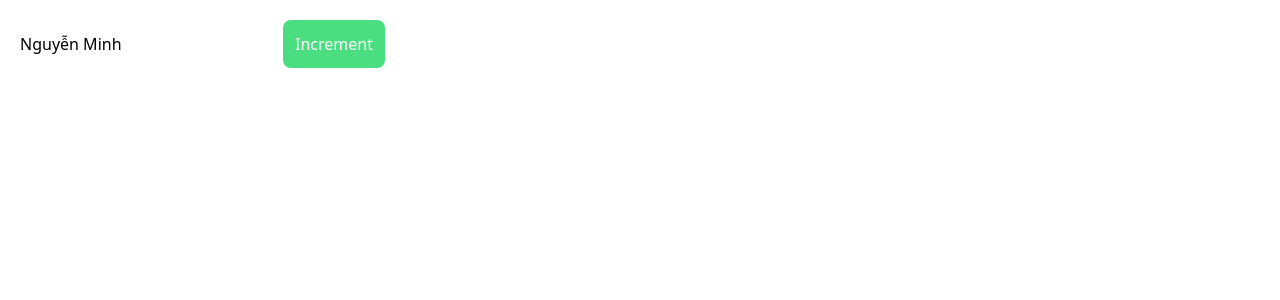
Repository: NguyenMinhThien-sudo/DemoFormPractice
Page: /
These files come from the project's save history. The page is drawn as it stood at one moment and after the next save; the edit follows.
The browser window is 1280 px wide. The pictures show the whole page.
The project was rebuilt for these pictures with package versions that can differ from the ones it lists, and the page was loaded fresh each time. Also part of the build but not shown: vite.config.js.

Above is the page before, as saved 2023-05-11 15:04:56.

After the next save:
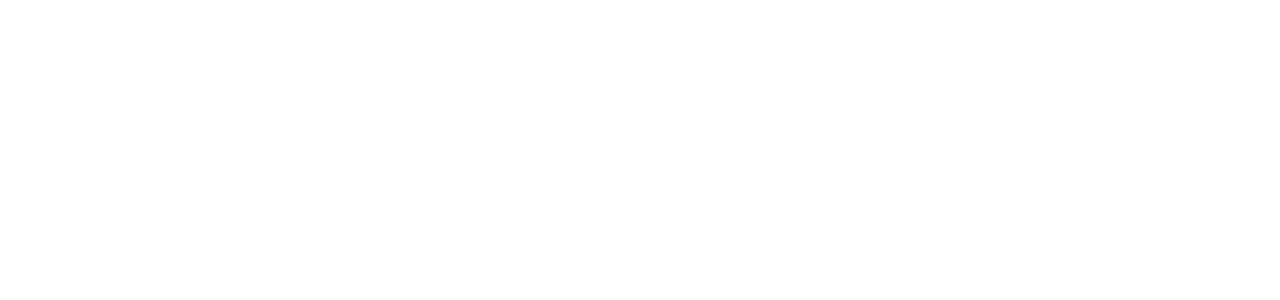
Console error: ReferenceError: count is not defined
Saved 19 s later.
--- a/src/components/counter/Counter.jsx
+++ b/src/components/counter/Counter.jsx
@@ -27,7 +27,7 @@
           })
         }
       />
-      <span className="text-2xl font-bold"></span>
+      <span className="text-2xl font-bold">{count}</span>
       <button className="inline-block p-3 bg-green-400 text-white rounded-lg">
         Increment
       </button>

After the save that followed:
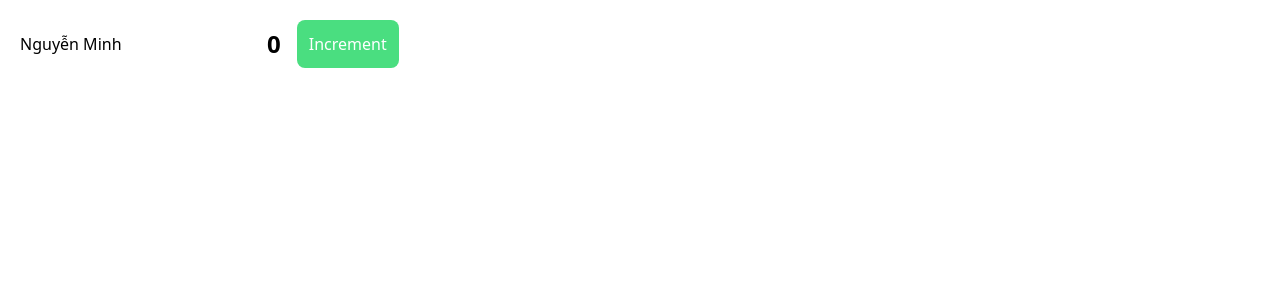
The error is gone.
Saved 12 s later.
--- a/src/components/counter/Counter.jsx
+++ b/src/components/counter/Counter.jsx
@@ -1,7 +1,7 @@
 import React, { useEffect, useState } from "react";
 
 const Counter = () => {
-  // const [count, setCount] = useState(0);
+  const [count, setCount] = useState(0);
   const [info, setInfo] = useState({
     firstname: "Nguyễn Minh",
     lastname: "Thiện",
